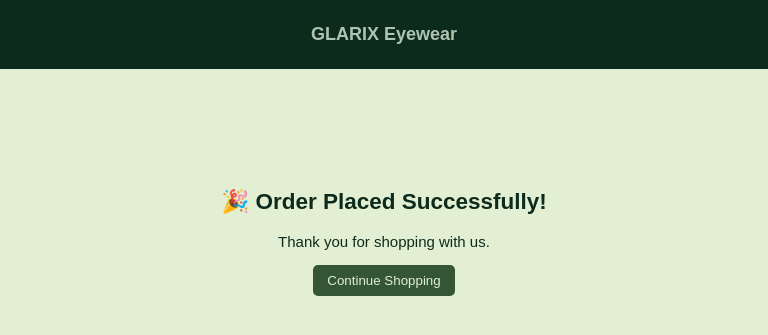
Repository: Tushal27/glarix-eyewear
Page: order.html
The author's editor kept a copy of each file at every save. The page is drawn from the files as they stood at one save, then again after the next save.
The browser window is 768 px wide. The pictures show the whole page.

Above is the page before, as saved 2026-02-17 20:58:08.

### order.html
<!DOCTYPE html>
<html lang="en">
<head>
  <meta charset="UTF-8">
  <meta name="viewport" content="width=device-width, initial-scale=1.0">

  <title>Order Placed — GLARIX</title>
  <link rel="stylesheet" href="css/style.css">
</head>

<body>

  <header class="header">
    <a href="index.html"><h1>GLARIX Eyewear</h1></a>
  </header>

  <main class="order-success">
    <h2>🎉 Order Placed Successfully!</h2>
    <p>Thank you for shopping with us.</p>

    <a href="index.html">
      <button>Continue Shopping</button>
    </a>
  </main>

</body>
</html>

### css/style.css
body {
  font-family: Arial, sans-serif;
  margin: 0;
  background: #E3EFD3;
  color: #0D2B1D;
}

.header {
  display: flex;
  justify-content: space-between;
  align-items: center;
  background: #0D2B1D;
  color: #E3EFD3;
  padding: 15px 20px;
}

.header a {
  color: #AEC3B0;
  text-decoration: none;
  margin: 0 10px;
}

.header a:hover {
  color: white;
}

.cart {
  font-weight: bold;
}

.home {
  text-align: center;
  padding: 80px 20px;
}

.shop-btn {
  padding: 12px 26px;
  font-size: 16px;
  background: #345635;
  color: #E3EFD3;
  border: none;
  border-radius: 6px;
  cursor: pointer;
}

.shop-btn:hover {
  background: #6B8F71;
}

.Hero-name{
    text-shadow: 2px 2px 4px rgba(0,0,0,0.3);
    font-size: 48px;
    color: #345635;
    margin-bottom: 20px;
    text-align: center;
}
.product-grid {
  display: grid;
  grid-template-columns: repeat(4, 1fr);
  gap: 25px;
  padding: 30px;
}


.product-card {
  background: #AEC3B0;
  border-radius: 10px;
  padding: 15px;
  text-align: center;
  cursor: pointer;
  transition: transform 0.2s ease, box-shadow 0.2s ease;
}

.product-card:hover {
  transform: translateY(-5px);
  box-shadow: 0 8px 20px rgba(0,0,0,0.15);
}

.product-card img {
  width: 100%;
  height: 180px;
  object-fit: cover;
  border-radius: 8px;
}

.product-card h3 {
  margin: 10px 0 5px;
}

.product-card p {
  margin: 4px 0;
}
.rating {
  color: #DAA520;
  font-size: 18px;
  margin-top: 6px;
}

button {
  background: #345635;
  color: #E3EFD3;
  border: none;
  padding: 8px 14px;
  border-radius: 5px;
  cursor: pointer;
}

button:hover {
  background: #6B8F71;
}
.controls {
  display: flex;
  gap: 20px;
  padding: 20px;
}

.controls {
  display: flex;
  gap: 16px;
  padding: 20px;
}

.dropdown {
  position: relative;
}

.dropdown-selected {
  background: #E3EFD3;
  color: #0D2B1D;
  padding: 12px 18px;
  border-radius: 999px;
  font-weight: 500;
  border: 1px solid #AEC3B0;
  cursor: pointer;
  display: flex;
  align-items: center;
  justify-content: space-between;
  min-width: 180px;
  transition: all 0.2s ease;
}

.dropdown-selected:hover {
  background: #ffffff;
  border-color: #6B8F71;
  box-shadow: 0 4px 14px rgba(0,0,0,0.08);
}

.dropdown-options {
  position: absolute;
  top: 110%;
  left: 0;
  right: 0;
  background: #ffffff;
  border-radius: 12px;
  border: 1px solid #AEC3B0;
  box-shadow: 0 12px 30px rgba(0,0,0,0.15);
  display: none;
  overflow: hidden;
  z-index: 50;
}

.dropdown-options div {
  padding: 12px 16px;
  color: #0D2B1D;
  transition: background 0.15s ease;
}

.dropdown-options div:hover {
  background: #E3EFD3;
}

.dropdown-options {
  backdrop-filter: blur(8px);
}
.detail-container {
  padding: 60px 80px;
}

.detail-card {
  display: grid;
  grid-template-columns: 420px 1fr;
  gap: 60px;

  background: #ffffff;
  border-radius: 18px;
  padding: 40px;

  box-shadow: 0 20px 60px rgba(0,0,0,0.08);
}

.detail-card img {
  width: 100%;
  height: 320px;
  object-fit: contain;
  border-radius: 14px;
  background: #F6F8F5;
  padding: 20px;
}

.detail-info {
  display: flex;
  flex-direction: column;
  gap: 16px;
}

.detail-info h2 {
  font-size: 32px;
  margin: 0;
  color: #0D2B1D;
}



.detail-price {
  font-size: 24px;
  font-weight: 600;
  color: #345635;
}



.detail-rating {
  font-size: 18px;
  color: #DAA520;
}



.detail-category {
  font-size: 15px;
  color: #6B8F71;
}



.detail-buttons {
  margin-top: 25px;
  display: flex;
  gap: 16px;
}

.detail-buttons button {
  padding: 14px 28px;
  font-size: 16px;
  border-radius: 10px;
  border: none;
  cursor: pointer;
  transition: all 0.2s ease;
}



.detail-buttons button:first-child {
  background: #345635;
  color: #E3EFD3;
}

.detail-buttons button:first-child:hover {
  background: #0D2B1D;
}



.detail-buttons button:last-child {
  background: transparent;
  border: 2px solid #345635;
  color: #345635;
}

.detail-buttons button:last-child:hover {
  background: #345635;
  color: #E3EFD3;
}
.related-section {
  margin-top: 60px;
}

.carousel-container {
  overflow-x: auto;
  scroll-behavior: smooth;
  padding-bottom: 10px;
}

.carousel-track {
  display: flex;
  gap: 20px;
}

.carousel-container::-webkit-scrollbar {
  height: 8px;
}

.carousel-container::-webkit-scrollbar-thumb {
  background: #AEC3B0;
  border-radius: 10px;
}

/* Card */

.related-card {
  min-width: 220px;
  background: #ffffff;
  border-radius: 14px;
  padding: 14px;
  text-align: center;
  cursor: pointer;

  box-shadow: 0 8px 24px rgba(0,0,0,0.06);
  transition: transform 0.2s ease, box-shadow 0.2s ease;
}

.related-card:hover {
  transform: translateY(-6px);
  box-shadow: 0 16px 40px rgba(0,0,0,0.12);
}

.related-card img {
  width: 100%;
  height: 140px;
  object-fit: contain;
  margin-bottom: 10px;
}

.related-card h4 {
  margin: 8px 0;
  font-size: 16px;
}

.related-card p {
  margin: 0;
  font-weight: 600;
  color: #345635;
}
.order-success {
  text-align: center;
  padding: 100px 20px;
}
.cart {
  position: relative;
  cursor: pointer;
}
.cart-container {
  padding: 40px;
}

.cart-card {
  display: flex;
  align-items: center;
  gap: 20px;

  background: #ffffff;
  padding: 15px;
  border-radius: 12px;
  margin-bottom: 20px;

  box-shadow: 0 8px 24px rgba(0,0,0,0.06);
}

.cart-card img {
  width: 100px;
  height: 80px;
  object-fit: contain;
}


.cart-icon {
  font-size: 26px;
}

.cart-badge {
  position: absolute;
  top: -6px;
  right: -8px;

  background: #ff3b30;
  color: white;

  font-size: 12px;
  font-weight: bold;

  padding: 3px 7px;
  border-radius: 50%;

  min-width: 18px;
  text-align: center;
}
.buy-btn:disabled {
  background: #ccc;
  cursor: not-allowed;
}
.buy-btn:disabled:hover {
  background: #ccc;
  color: #666;
}
@media (max-width: 768px) {

  body {
    font-size: 15px;
  }

  .header {
    flex-direction: column;
    gap: 10px;
    text-align: center;
  }

  .controls {
    flex-direction: column;
    padding: 10px;
  }

  .product-grid {
    grid-template-columns: repeat(2, 1fr);
    padding: 15px;
    gap: 15px;
  }

  .detail-container {
    padding: 20px;
  }

  .detail-card {
    grid-template-columns: 1fr;
    gap: 25px;
    padding: 20px;
  }

  .detail-card img {
    height: 220px;
  }

  .detail-info h2 {
    font-size: 24px;
  }

  .detail-buttons {
    flex-direction: column;
  }

  .carousel-track {
    gap: 12px;
  }
  @media (max-width: 768px) {

  .detail-card {
    grid-template-columns: 1fr;
    padding: 20px;
  }

  .detail-card img {
    width: 100%;
    height: auto;
    max-height: 240px;
    object-fit: contain;
    padding: 0;
    margin: 0 auto;
    display: block;
  }
  @media (max-width: 768px) {

  .header {
    display: flex;
    justify-content: space-between;
    align-items: center;
    padding: 12px 16px;
  }

  .header h1 {
    font-size: 18px;
  }

  .header nav {
    display: none;
  }

}


}


  .related-card {
    min-width: 160px;
  }

  .cart-container {
    padding: 20px;
  }

  .cart-card {
    flex-direction: column;
    align-items: flex-start;
  }

}
@media (max-width: 480px) {

  .product-grid {
    grid-template-columns: 1fr;
  }

  .header h1 {
    font-size: 18px;
  }

  .cart-icon {
    font-size: 22px;
  }

  .related-card {
    min-width: 140px;
  }

}

After the next save:
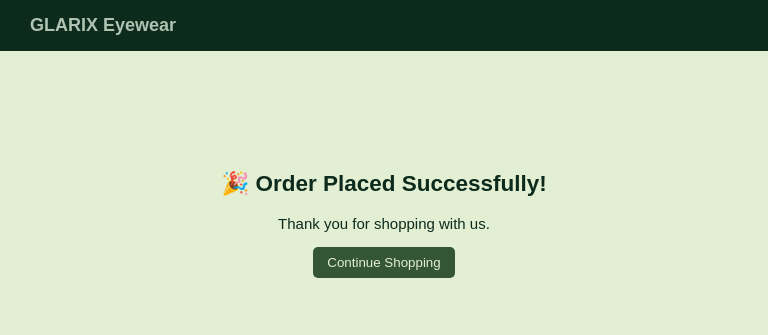
Saved 30 s later.
--- a/css/style.css
+++ b/css/style.css
@@ -459,18 +459,19 @@
   @media (max-width: 768px) {
 
   .header {
-    display: flex;
+    flex-direction: row;
     justify-content: space-between;
     align-items: center;
-    padding: 12px 16px;
   }
 
   .header h1 {
     font-size: 18px;
+    margin: 0;
   }
 
   .header nav {
-    display: none;
+    display: flex;
+    gap: 14px;
   }
 
 }
